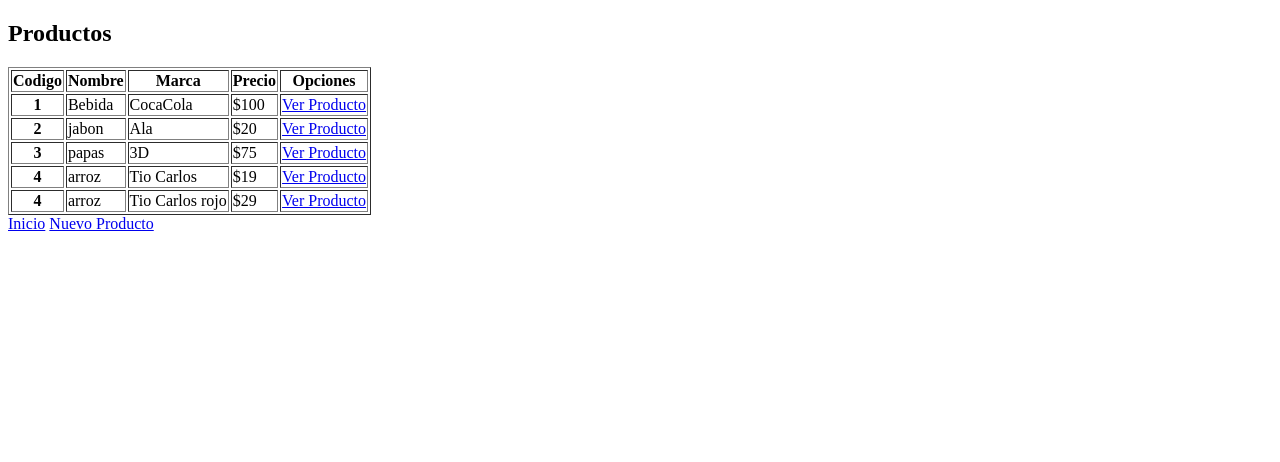
Repository: Alemartinez97/New-Repository
Page: programacion-3/tp3/producto.html
An editor plug-in stored every save of this project. The page is shown before and after the next save, followed by the edit.
The browser window is 1280 px wide. The pictures show the whole page.

Above is the page before, as saved 2020-06-04 19:17:21.

After the next save:
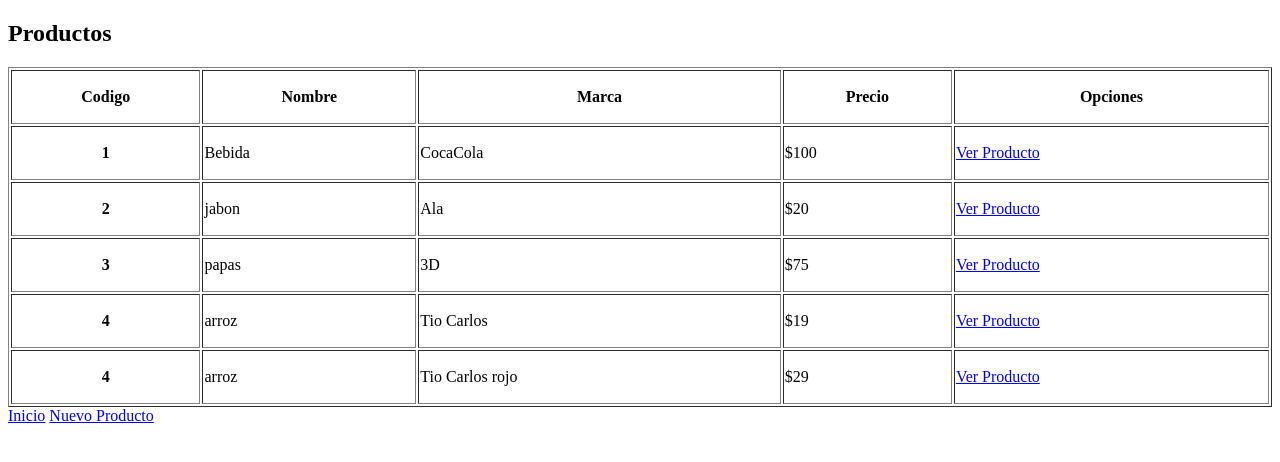
Saved 1 s later.
--- a/programacion-3/tp3/producto.html
+++ b/programacion-3/tp3/producto.html
@@ -4,6 +4,7 @@
     <meta charset="UTF-8">
     <meta name="viewport" content="width=device-width, initial-scale=1.0">
     <title>Document</title>
+    <link rel="stylesheet" type="text/css" media="screen" href="../tp3/css/tp3.css" />
 </head>
 <body>
     <table border="1">
